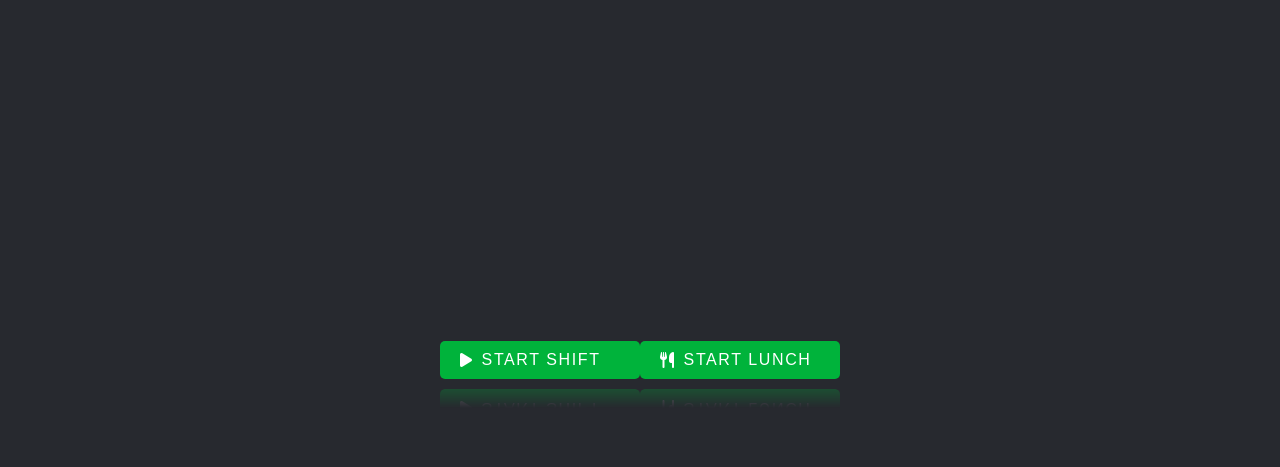
Repository: Philip-Rogers/button-state
Page: experiment.html
These files come from the project's save history. The page is drawn as it stood at one moment and after the next save; the edit follows.
The browser window is 1280 px wide. The pictures show the whole page.

Above is the page before, as saved 2024-08-14 14:49:50.

### experiment.html
<!DOCTYPE html>
<html lang="en">

<head>
    <meta charset="UTF-8">
    <meta name="viewport" content="width=device-width, initial-scale=1.0">
    <title>Shift and Lunch Toggle Buttons</title>
    <link rel="stylesheet" href="index.css">
    <link rel="stylesheet" href="https://cdnjs.cloudflare.com/ajax/libs/font-awesome/6.5.1/css/all.min.css"
        integrity="sha512-DTOQO9RWCH3ppGqcWaEA1BIZOC6xxalwEsw9c2QQeAIftl+Vegovlnee1c9QX4TctnWMn13TZye+giMm8e2LwA=="
        crossorigin="anonymous" referrerpolicy="no-referrer" />
</head>

<body>

    <!-- Shift Button -->
    <button id="shiftButton" class="toggle-button" onclick="toggleShift()">
        <i class="fa fa-play"></i> Start Shift
    </button>

    <!-- Lunch Button -->
    <button id="lunchButton" class="toggle-button" onclick="toggleLunch()">
        <i class="fa fa-utensils"></i> Start Lunch
    </button>

    <script>
        // Function to toggle the Shift button text and color
        function toggleShift() {
            const button = document.getElementById('shiftButton');

            if (button.innerHTML.includes('Start Shift')) {
                button.innerHTML = '<i class="fa fa-stop"></i> Stop Shift';
                button.style.backgroundColor = 'hsl(354, 70%, 54%)'; // Red for Stop Shift
            } else {
                button.innerHTML = '<i class="fa fa-play"></i> Start Shift';
                button.style.backgroundColor = 'hsl(140, 100%, 35%)'; // Green for Start Shift
            }
        }

        // Function to toggle the Lunch button text and color
        function toggleLunch() {
            const button = document.getElementById('lunchButton');

            if (button.innerHTML.includes('Start Lunch')) {
                button.innerHTML = '<i class="fa fa-stop"></i> Stop Lunch';
                button.style.backgroundColor = 'hsl(354, 70%, 54%)'; // Red for Stop Lunch
            } else {
                button.innerHTML = '<i class="fa fa-utensils"></i> Start Lunch';
                button.style.backgroundColor = 'hsl(140, 100%, 35%)'; // Green for Start Lunch
            }
        }
    </script>

</body>

</html>

### index.css
body {
    background-color: hsl(225, 9%, 17%);
    margin: auto;
    display: flex;
    justify-content: center;
    align-items: center;
    height: 100vh;
    margin: 0;
}

button {
    font-size: 1.25em;
    display: block;
    border-radius: 5px;
    /* background-color: hsl(205, 100%, 39%); */
    background-color: hsl(140, 100%, 35%);
    /* Green for Start Shift */
    color: hsl(354, 70%, 100%);
    padding: 1em 1.25em;
    width: 300px;
    cursor: pointer;
    border: none;
    text-transform: uppercase;
    letter-spacing: 0.1em;
    transition: all .2s ease-in-out;
    -webkit-box-reflect: below 10px linear-gradient(transparent, transparent, #0004);
}

#shiftButton i {
    margin-right: 8px;
}

#shiftButton.stopShift {
    background-color: hsl(354, 70%, 54%);
    /* Red for Stop Shift */
}







/* Container for the buttons to ensure they stack vertically */
.button-container {
    display: flex;
    flex-direction: column;
    align-items: flex-start;
    /* Align buttons to the start of the container */
    gap: 10px;
    /* Space between the buttons */
}

/* Style for the toggle buttons */
.toggle-button {
    color: white;
    background-color: hsl(140, 100%, 35%);
    /* Default green */
    border: none;
    padding: 10px 20px;
    font-size: 16px;
    cursor: pointer;
    display: flex;
    align-items: center;
    width: 200px;
    /* Fixed width for consistency */
}

.toggle-button i {
    margin-right: 8px;
}

.toggle-button.stop {
    background-color: hsl(354, 70%, 54%);
    /* Red when in stop state */
}

After the next save:
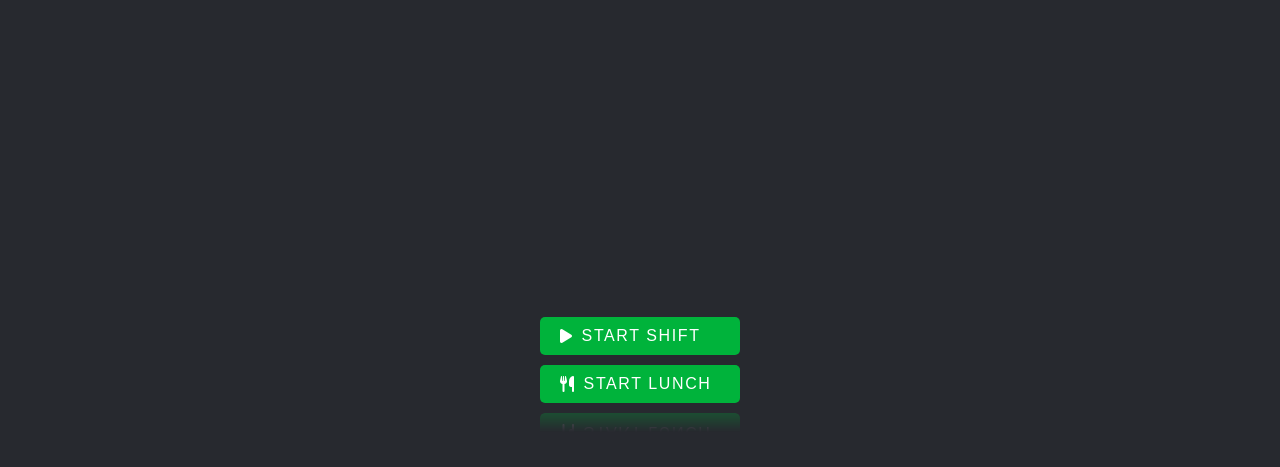
Saved 10 s later.
--- a/experiment.html
+++ b/experiment.html
@@ -13,15 +13,18 @@
 
 <body>
 
-    <!-- Shift Button -->
-    <button id="shiftButton" class="toggle-button" onclick="toggleShift()">
-        <i class="fa fa-play"></i> Start Shift
-    </button>
+    <!-- Container to hold both buttons -->
+    <div class="button-container">
+        <!-- Shift Button -->
+        <button id="shiftButton" class="toggle-button" onclick="toggleShift()">
+            <i class="fa fa-play"></i> Start Shift
+        </button>
 
-    <!-- Lunch Button -->
-    <button id="lunchButton" class="toggle-button" onclick="toggleLunch()">
-        <i class="fa fa-utensils"></i> Start Lunch
-    </button>
+        <!-- Lunch Button -->
+        <button id="lunchButton" class="toggle-button" onclick="toggleLunch()">
+            <i class="fa fa-utensils"></i> Start Lunch
+        </button>
+    </div>
 
     <script>
         // Function to toggle the Shift button text and color
